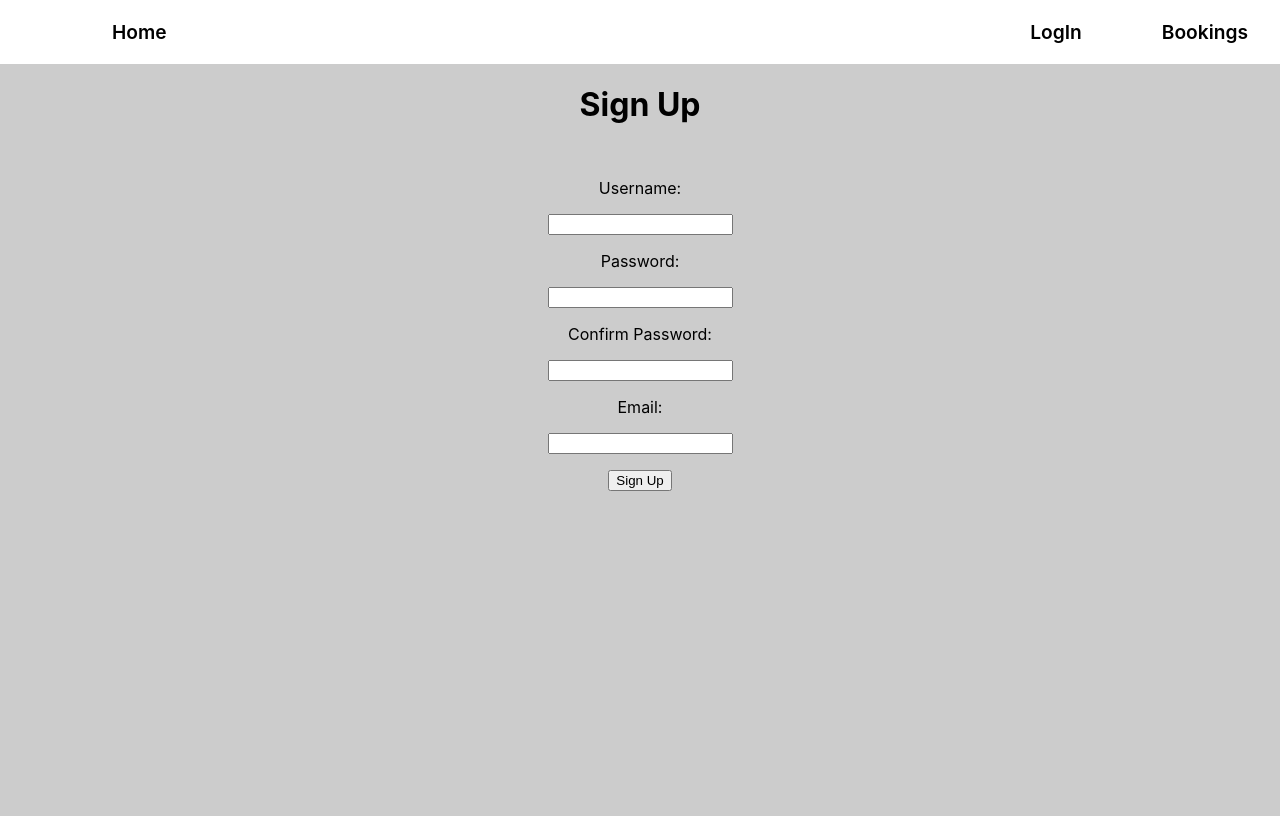
Repository: MikkyPrestige/fake-user-authentication
Page: /signUp
The author's editor kept a copy of each file at every save. The page is drawn from the files as they stood at one save, then again after the next save.
The browser window is 1280 px wide. The pictures show the whole page.
The project was rebuilt for these pictures with package versions that can differ from the ones it lists, and the page was loaded fresh each time. Also part of the build but not shown: src/assets/styles/home.css, src/components/home.jsx, src/assets/styles/booking.css, src/components/booking.jsx, src/components/fallBack.jsx, src/assets/styles/error.css, src/components/error.jsx, src/assets/styles/login.css and 3 more.

Above is the page before, as saved 2022-11-24 18:24:15.

After the next save:
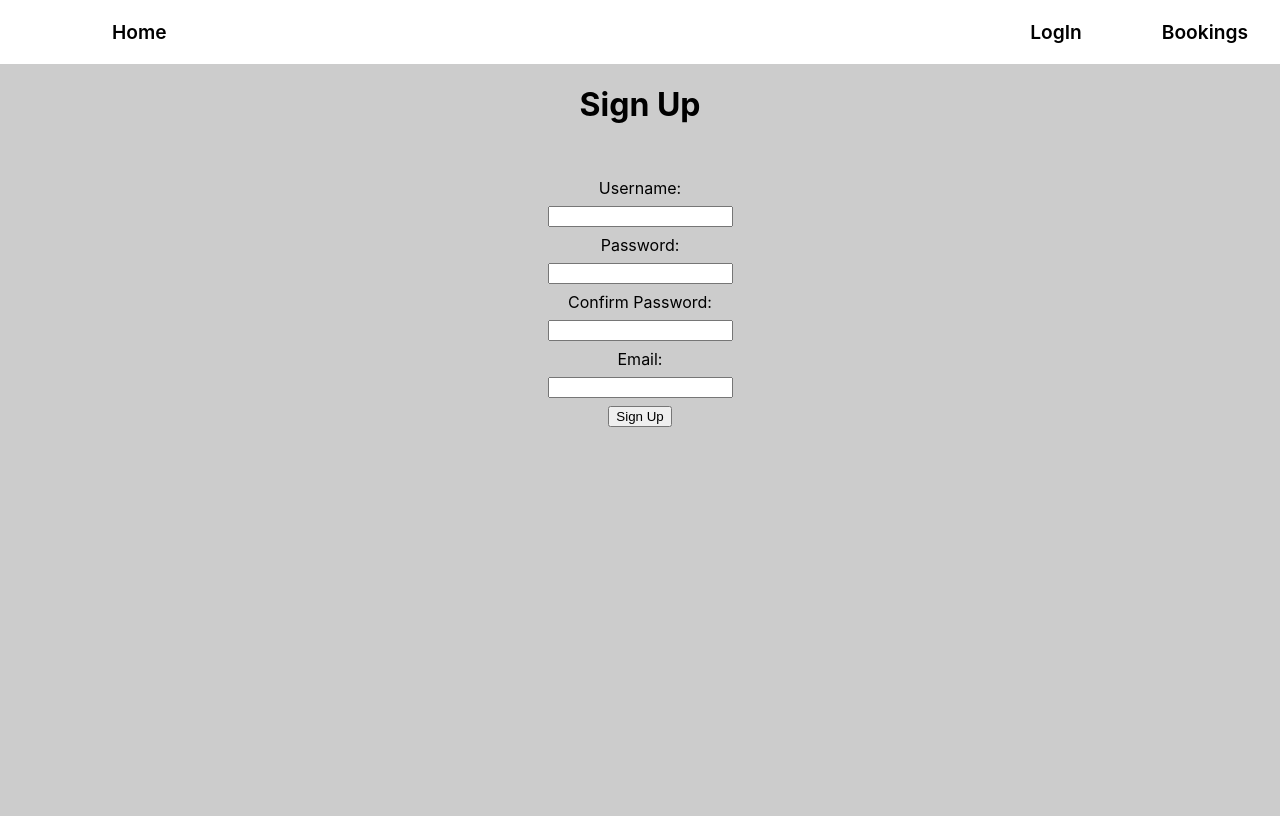
Saved 15 s later.
--- a/src/assets/styles/signUp.css
+++ b/src/assets/styles/signUp.css
@@ -21,6 +21,6 @@
     flex-direction: column;
     justify-content: center;
     align-items: center;
-    gap: 1rem;
+    gap: .5rem;
     margin-top: 2rem;
 }
